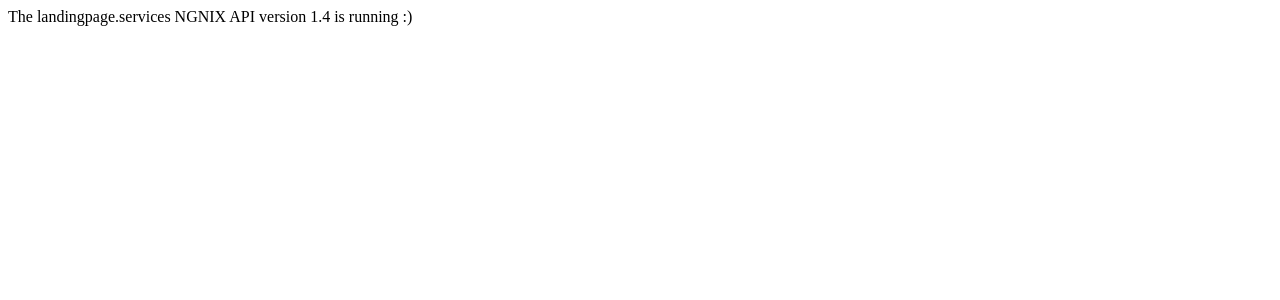
Repository: NachoColl/landingpage.services.nginx.api
Page: http://localhost/
The author's editor kept a record of every edit. The page is drawn from the files as they stood at one moment, then again after the next edit.
The browser window is 1280 px wide. The pictures show the whole page.
The page is served by the project's Node server (server.js).

Above is the page before.

### server.js
var version = '1.4';

var express = require('express')
  , bodyParser = require('body-parser');

var app = express()

app.use(bodyParser.json());

app.get('/', function (req, res) {
  res.send('The landingpage.services NGNIX API version ' + version + ' is running :)')
})


// curl -d '{"domainName":"www.mydomain.com","identityId":"us-west-2:ca67320b-4d84-43bb-9347-7fcbfdf1a034"}' -H "Content-Type: application/json" http://localhost:8080/api/cname
app.post('/api/cname',function (req, res, next) {
    res.setHeader('Content-Type', 'application/json');

    if (req.hasOwnProperty("body")
        && req.body.hasOwnProperty("action")
        && req.body.hasOwnProperty("parameters")
        && req.body.parameters.hasOwnProperty('domainName') && req.body.parameters.hasOwnProperty('identityId')
        && req.body.parameters.hasOwnProperty('pageName') && req.body.parameters.hasOwnProperty('pageGuid')
        && req.body.parameters.hasOwnProperty('defaultPage')) {

        var sys  = require('util'),
            exec = require('child_process').exec,
            child;

        //e.g. 'create' or 'delete'
        var action =  req.body.action;
        //e.g. "www.mydomain.com"
        var domainName = req.body.parameters.domainName,
        //e.g. "us-west-2:ca67320b-4d84-43bb-9347-7fcbfdf1a034"
            identityId = req.body.parameters.identityId,
        //e.g. "my-page-name-without-extension"
            pageName = req.body.parameters.pageName,
        //e.g. "3423423423-23423-423-423423423"
            pageGuid = req.body.parameters.pageGuid,
        //e.g. "1" (1 indicates yes)
            defaultPage = req.body.parameters.defaultPage;


        child = exec('sudo /usr/local/bin/nginx-add-server.sh ' + action + ' ' + domainName + ' ' + identityId + ' ' + pageGuid + ' ' + pageName + ' ' + defaultPage, function (error, stdout, stderr)
        {
            if (error) {
               return res.status(500).send(JSON.stringify({ result: stdout}));
            }

            return res.status(200).send(JSON.stringify({ result: stdout}));
        });
    } else
        return res.status(400).send(JSON.stringify({ result: 'bad request'}));
})

app.listen(8080, function () {
  console.log('landingpage.services NGNIX API service listening on port 8080!')
})

After the next edit:
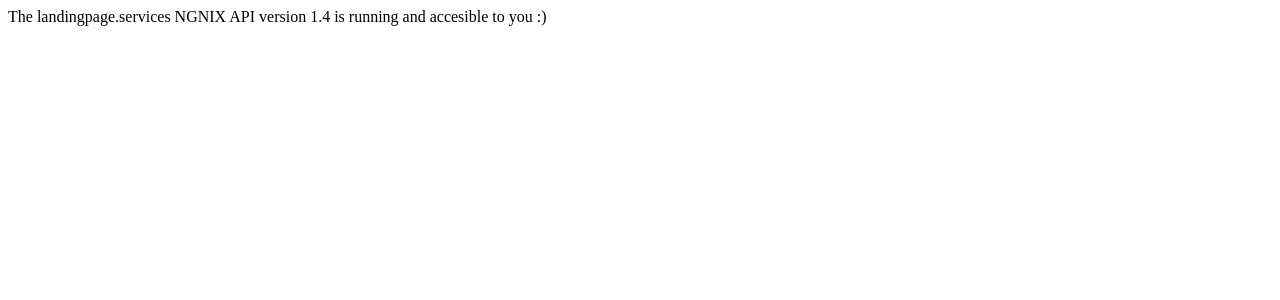
The edit:
--- a/server.js
+++ b/server.js
@@ -8,9 +8,8 @@
 app.use(bodyParser.json());
 
 app.get('/', function (req, res) {
-  res.send('The landingpage.services NGNIX API version ' + version + ' is running :)')
+  res.send('The landingpage.services NGNIX API version ' + version + ' is running and accesible to you :)')
 })
-
 
 // curl -d '{"domainName":"www.mydomain.com","identityId":"us-west-2:ca67320b-4d84-43bb-9347-7fcbfdf1a034"}' -H "Content-Type: application/json" http://localhost:8080/api/cname
 app.post('/api/cname',function (req, res, next) {
